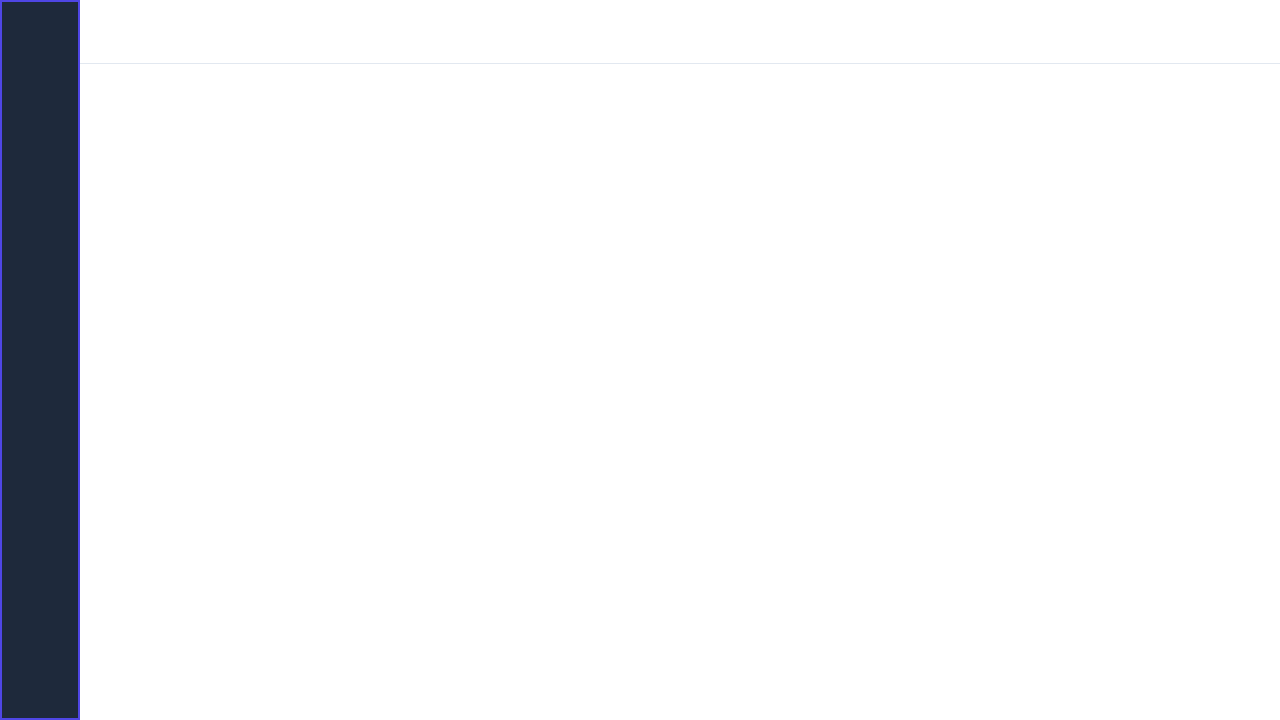
Repository: VictorJPimentel/Resume-Matcher
Page: / (app in frontend/)
The author's editor kept a copy of each file at every save. The page is drawn from the files as they stood at one save, then again after the next save.
The browser window is 1280 px wide. The pictures show the whole page.
The project was rebuilt for these pictures with package versions that can differ from the ones it lists, and the page was loaded fresh each time. Also part of the build but not shown: frontend/src/components/FileUpload.jsx.

Above is the page before, as saved 2022-08-09 19:34:08.

After the next save:
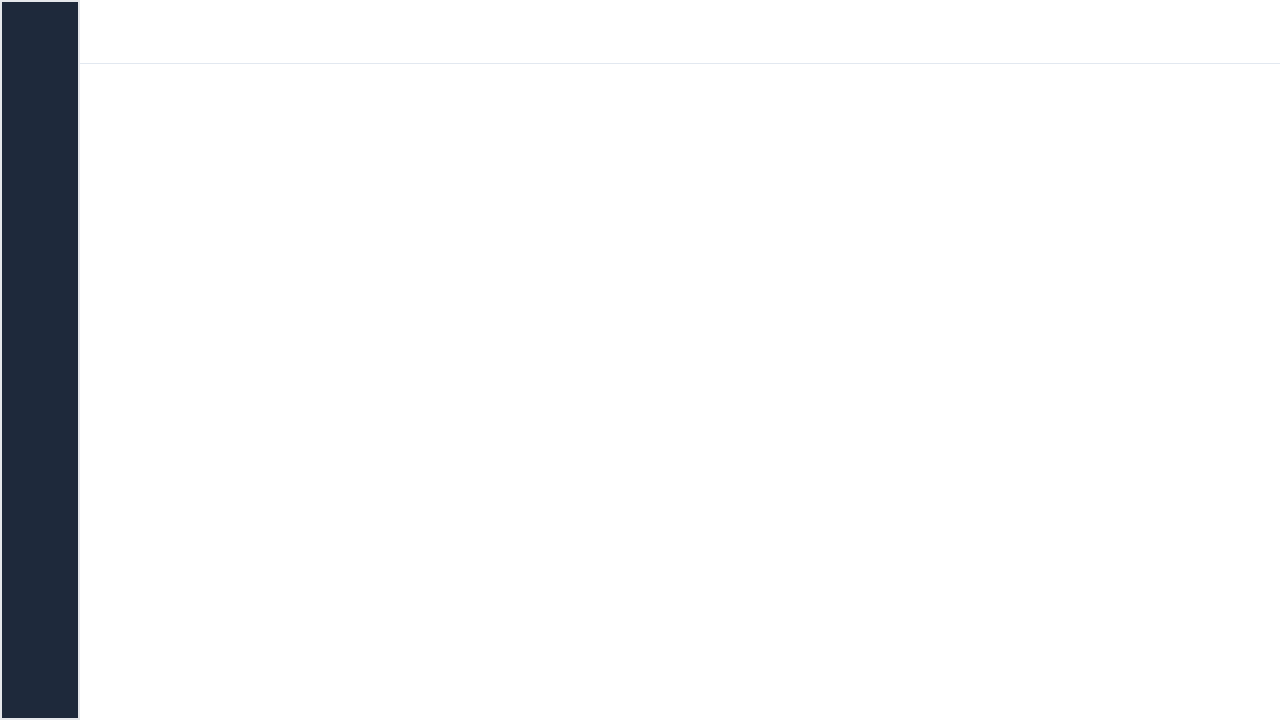
Saved 14 s later.
--- a/frontend/src/components/Filters.jsx
+++ b/frontend/src/components/Filters.jsx
@@ -9,7 +9,7 @@ function Filter() {
         id="sidebar"
         className="flex flex-col absolute z-40 left-0 top-0 lg:static lg:left-auto lg:top-auto lg:translate-x-0 transform h-screen
          overflow-y-scroll lg:overflow-y-auto no-scrollbar w-64 lg:w-20 lg:sidebar-expanded:!w-64 2xl:!w-64 shrink-0 bg-slate-800
-         border-2 border-indigo-600
+         border-2 slate-800 -600
         "
       >
         {/* Sidebar header */}
